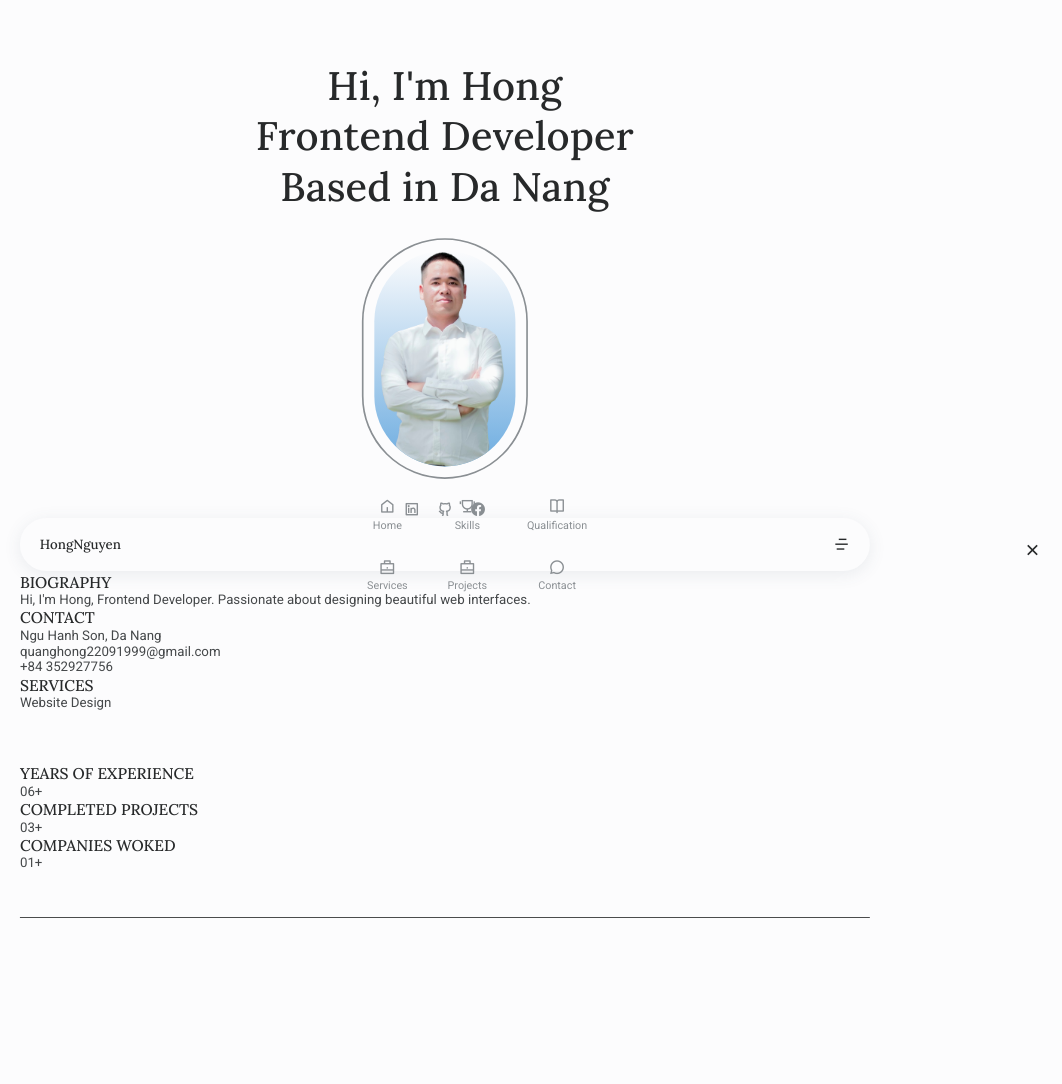
Repository: hnguyeng/myportfoliohongnguyen
Page: index.html
An editor plug-in stored every save of this project. The page is shown before and after the next save, followed by the edit.
The browser window is 1280 px wide. The pictures show the whole page, at 83% of full size.
Some web libraries are served in a nearby version.

Above is the page before, as saved 2023-07-17 14:08:10.

After the next save:
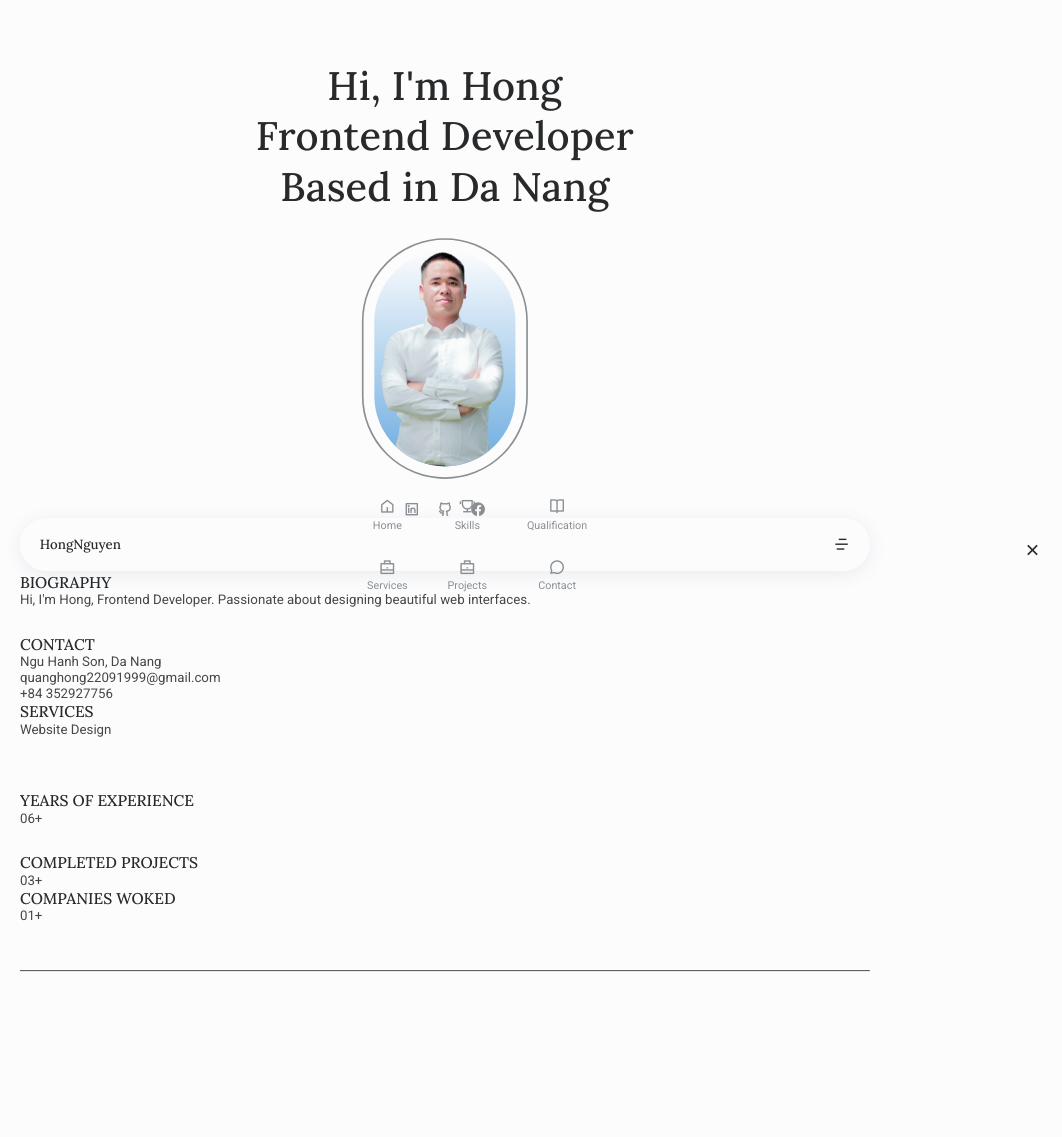
Saved 115 s later.
--- a/assets/css/style.css
+++ b/assets/css/style.css
@@ -257,3 +257,7 @@ img{
 .home__social-link:hover{
     color: var(--title-color);
 }
+.home__info{
+    display: grid;
+    row-gap: 2rem;
+}
